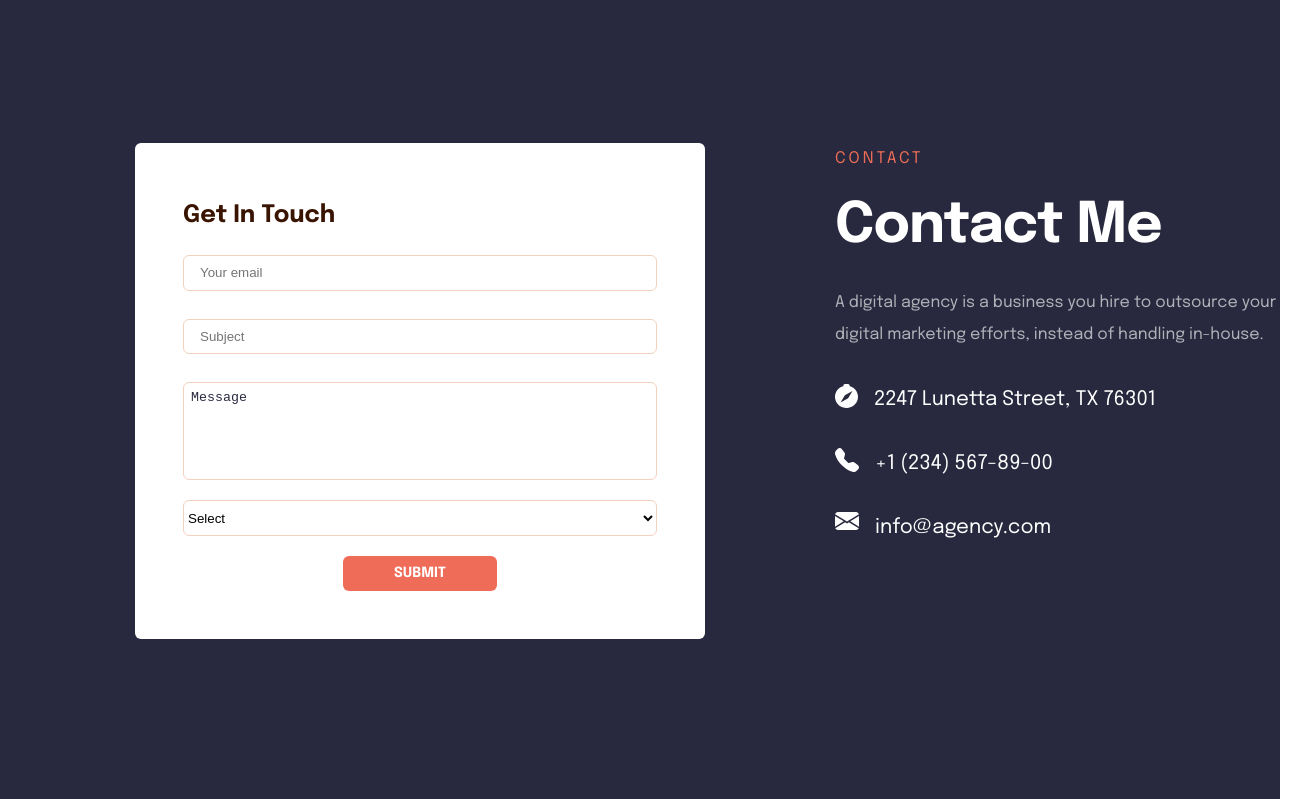
Repository: FaridRustamov09/task20
Page: index.html
The author's editor kept a copy of each file at every save. The page is drawn from the files as they stood at one save, then again after a run of saves.
The browser window is 1280 px wide. The page is 1305 px wide, so the pictures cover 1305 px, including what lies to the right of the window. The pictures show the whole page.

Above is the page before, as saved 2024-01-13 14:46:41.

### index.html
<!DOCTYPE html>
<html lang="en">
  <head>
    <meta charset="UTF-8" />
    <meta name="viewport" content="width=device-width, initial-scale=1.0" />
    <title>Document</title>
    <link rel="stylesheet" href="index.css" />
  </head>
  <body>
    <div class="container">
      <div class="login">
        <form action="">

        </form>
        <b>Get In Touch</b>
        <input type="email" placeholder="Your email" />
        <!-- <label for="Subject">
      <select name="Subject" id="">
        <option value="Baku">Baku</option>
        <option value="Istanbul">Istanbul</option>
      </select>
      </label> -->
        <input type="text" placeholder="Subject" />
        <textarea name="" id=""  placeholder="Message" ></textarea>
        <select name="" id="" >
          <option value="">Select</option>
          <option value="">A</option>
          <option value="">A</option>
        </select>
        <button type="submit">Submit</button>
      </div>
      <div class="left-box">
        <h2>Contact</h2>
        <h1>Contact Me</h1>
        <p>
          A digital agency is a business you hire to outsource your digital
          marketing efforts, instead of handling in-house.
        </p>
        <ul>
          <li>
            <svg
              xmlns="http://www.w3.org/2000/svg"
              width="23"
              height="24"
              viewBox="0 0 23 24"
              fill="none"
            >
              <path
                fill-rule="evenodd"
                clip-rule="evenodd"
                d="M12.5128 23.9559C18.4476 23.4434 22.9991 18.5852 23 12.7619C22.9992 7.68681 19.5202 3.24133 14.5089 1.91219C14.6419 1.45966 14.5495 0.972375 14.2595 0.596433C13.9696 0.220491 13.5157 -0.000396111 13.034 0H9.9675C9.4858 -0.000396111 9.03192 0.220491 8.74193 0.596433C8.45195 0.972375 8.35958 1.45966 8.49253 1.91219C2.74205 3.43556 -0.865618 8.99957 0.179927 14.7325C1.22547 20.4654 6.57793 24.4683 12.5128 23.9559ZM17.4618 6.91176L17.465 6.90994L17.462 6.91144L17.4618 6.91176ZM17.4618 6.91176L9.87551 11.1479L5.53646 18.5674L13.126 14.3294L17.4618 6.91176Z"
                fill="white"
              />
            </svg>
            <h3>2247 Lunetta Street, TX 76301</h3>
          </li>
          <li>
            <svg
              xmlns="http://www.w3.org/2000/svg"
              width="24"
              height="24"
              viewBox="0 0 24 24"
              fill="none"
            >
              <path
                fill-rule="evenodd"
                clip-rule="evenodd"
                d="M2.82812 0.765296C3.35902 0.235151 4.09188 -0.0416708 4.84066 0.0050961C5.58945 0.051863 6.28217 0.417722 6.743 1.00981L9.43541 4.46897C9.92889 5.10349 10.1029 5.93003 9.9079 6.71007L9.08742 9.99522C9.00114 10.3413 9.10245 10.7073 9.35441 10.9598L13.0398 14.6454C13.2925 14.8979 13.6592 14.9993 14.0058 14.9124L17.2892 14.0919C18.0691 13.8969 18.8953 14.0711 19.5301 14.5644L22.989 17.2555C24.2324 18.2231 24.3464 20.0607 23.2335 21.1722L21.6825 22.7233C20.5726 23.8333 18.9136 24.3209 17.3672 23.7763C13.4091 22.3836 9.81531 20.1174 6.85249 17.146C3.88152 14.1834 1.61557 10.5899 0.222699 6.63206C-0.320284 5.08699 0.167201 3.42642 1.27717 2.31637L2.82812 0.765296Z"
                fill="white"
              />
            </svg>
            <h3>+1 (234) 567-89-00</h3>
          </li>
          <li>
            <svg
              xmlns="http://www.w3.org/2000/svg"
              width="24"
              height="18"
              viewBox="0 0 24 18"
              fill="none"
            >
              <path
                fill-rule="evenodd"
                clip-rule="evenodd"
                d="M3 0C1.60024 -9.42171e-05 0.386447 0.967828 0.075 2.3325L12 9.621L23.925 2.3325C23.6136 0.967828 22.3998 -9.42171e-05 21 0H3ZM0 14.7015V4.0455L8.7045 9.3645L0 14.7015ZM10.1415 10.245L0.2865 16.2855C0.78351 17.3335 1.84012 18.0011 3 18H21C22.1597 18.0003 23.2157 17.3321 23.712 16.284L13.857 10.2435L12 11.379L10.1415 10.2435V10.245ZM24 14.7015L15.2955 9.366V9.3645L24 4.0455V14.7015Z"
                fill="white"
              />
            </svg>
            <h3>info@agency.com</h3>
          </li>
        </ul>
      </div>
    </div>
  </body>
</html>

### index.css
@import url("https://fonts.googleapis.com/css2?family=Epilogue:ital,wght@0,400;0,700;1,800&family=Inter:wght@400;500;600;700&family=Roboto+Slab:wght@400;700&display=swap");
* {
  margin: 0;
  padding: 0;
  box-sizing: border-box;
}
.container {
  padding: 143px 135px 160px 135px;
  background-color: #28293e;
  min-height: 100vh;
  display: flex;
}
.login {
  width: 570px;
  height: 496px;
  border-radius: 6px;
  background: #fff;
  display: flex;
  flex-direction: column;
  padding: 57px 48px 48px 48px;
}
.login b {
  color: var(--Text_Dark, #391400);
  font-feature-settings:
    "clig" off,
    "liga" off;
  font-family: Epilogue;
  font-size: 24px;
  font-style: normal;
  font-weight: 700;
  line-height: 32px;
  margin-bottom: 23px;
}
.login input {
  width: 474px;
  height: 48px;
  border-radius: 6px;
  border: 1px solid #f3d1bf;
  background: #fff;
  margin-bottom: 28px;
  padding-left: 16px;
  outline: none;
}

textarea {
  width: 474px;
  height: 128px;
  border-radius: 6px;
  border: 1px solid #f3d1bf;
  background: #fff;
  resize: none;
  padding: 7px;
  outline: none;
  margin-bottom: 20px;
}
textarea::placeholder {
  color: #28293e;
}
button {
  width: 154px;
  height: 48px;
  border-radius: 6px;
  background: #ef6d58;
  color: #FFF;
text-align: center;
font-family: Epilogue;
font-size: 14px;
font-style: normal;
font-weight: 900;
line-height: normal;
text-transform: uppercase;
border: none;
margin: auto;
margin-top: 20px;

}
.left-box {
  margin-left: 130px;
}
.left-box h2 {
  color: var(--Text_Light_Accent, #ef6d58);
  font-feature-settings:
    "clig" off,
    "liga" off;
  font-family: Epilogue;
  font-size: 16px;
  font-style: normal;
  font-weight: 400;
  line-height: 32px;
  letter-spacing: 3px;
  text-transform: uppercase;
  margin-bottom: 20px;
}
.left-box h1 {
  color: var(--Text_Light, #fff);
  font-feature-settings:
    "clig" off,
    "liga" off;
  font-family: Epilogue;
  font-size: 56px;
  font-style: normal;
  font-weight: 800;
  line-height: 64px;
  letter-spacing: -1px;
  margin-bottom: 28px;
}
.left-box p {
  width: 470px;
  color: var(--Text_Light_Gray, rgba(255, 255, 255, 0.64));
  font-feature-settings:
    "clig" off,
    "liga" off;
  font-family: Epilogue;
  font-size: 16px;
  font-style: normal;
  font-weight: 400;
  line-height: 32px;
  margin-bottom: 33px;
}
ul {
  display: flex;
  flex-direction: column;
}
li {
  list-style-type: none;
  display: flex;
}
.left-box ul li h3 {
  color: var(--Text_Light, #fff);
  font-feature-settings:
    "clig" off,
    "liga" off;
  font-family: Epilogue;
  font-size: 20px;
  font-style: normal;
  font-weight: 400;
  line-height: 32px;
  margin-left: 16px;
  margin-bottom: 32px;
}
select{
  border-radius: 6px;
border: 1px solid #F3D1BF;
background: #FFF;
width: 474px;
height: 48px;
}

After the next 2 saves:
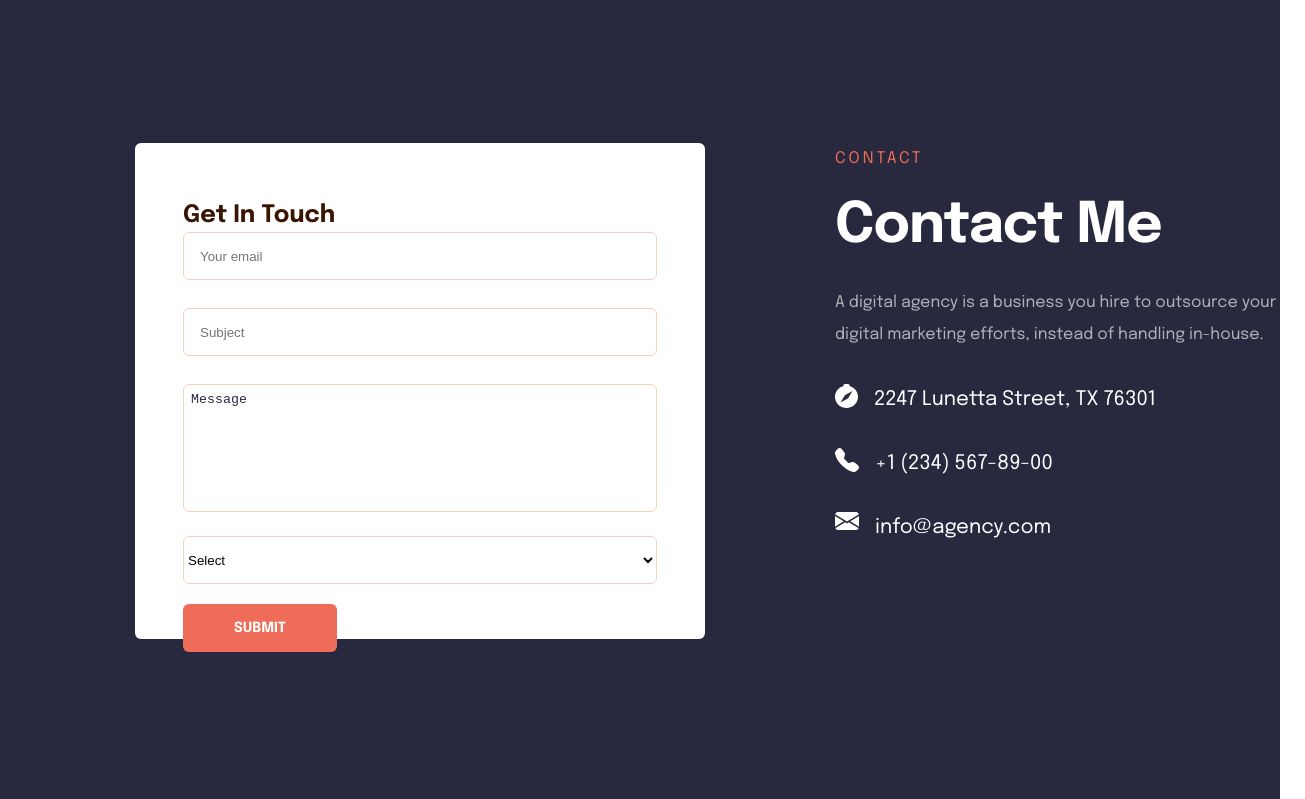
The 2 saves are shown as one change because they came seconds apart.
The last was saved 7 s later.
--- a/index.html
+++ b/index.html
@@ -10,24 +10,24 @@
     <div class="container">
       <div class="login">
         <form action="">
+          <b>Get In Touch</b>
+          <input type="email" placeholder="Your email" />
+          <!-- <label for="Subject">
+        <select name="Subject" id="">
+          <option value="Baku">Baku</option>
+          <option value="Istanbul">Istanbul</option>
+        </select>
+        </label> -->
+          <input type="text" placeholder="Subject" />
+          <textarea name="" id=""  placeholder="Message" ></textarea>
+          <select name="" id="" >
+            <option value="">Select</option>
+            <option value="">A</option>
+            <option value="">A</option>
+          </select>
+          <button type="submit">Submit</button>
+        </form>
 
-        </form>
-        <b>Get In Touch</b>
-        <input type="email" placeholder="Your email" />
-        <!-- <label for="Subject">
-      <select name="Subject" id="">
-        <option value="Baku">Baku</option>
-        <option value="Istanbul">Istanbul</option>
-      </select>
-      </label> -->
-        <input type="text" placeholder="Subject" />
-        <textarea name="" id=""  placeholder="Message" ></textarea>
-        <select name="" id="" >
-          <option value="">Select</option>
-          <option value="">A</option>
-          <option value="">A</option>
-        </select>
-        <button type="submit">Submit</button>
       </div>
       <div class="left-box">
         <h2>Contact</h2>
